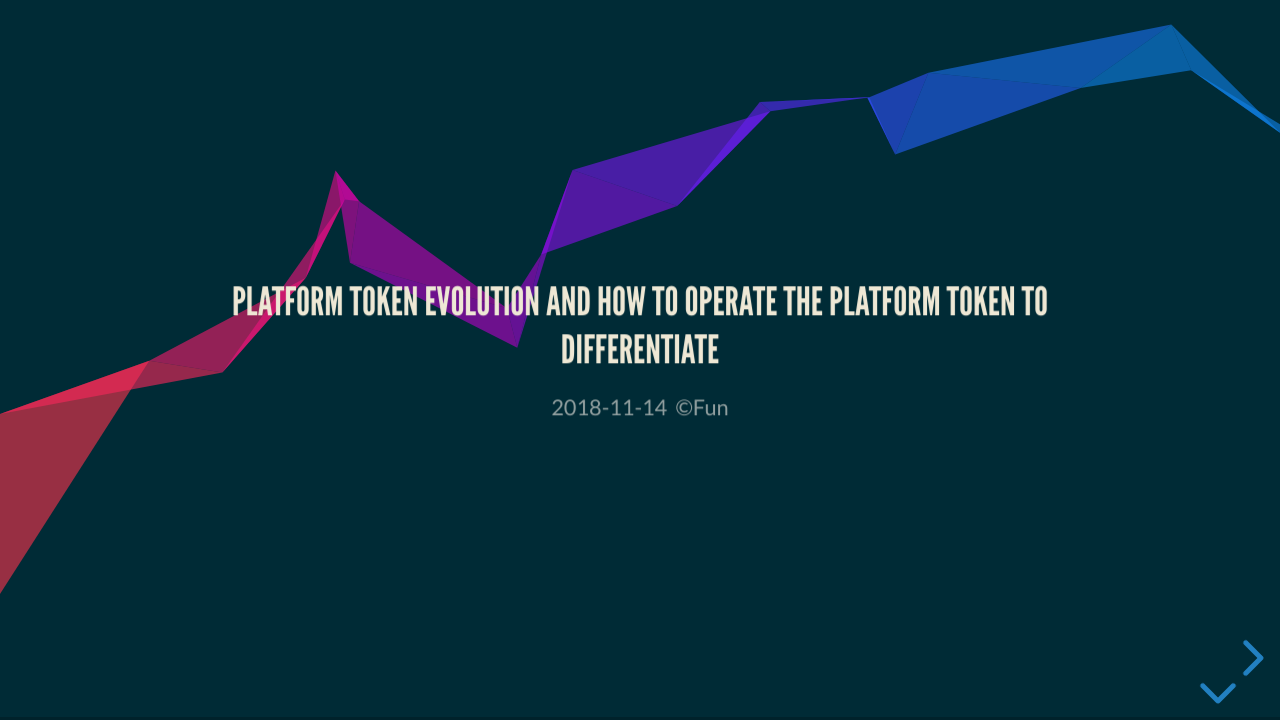
Repository: RickFang666/reveal-ppt
Page: index.html
An editor plug-in stored every save of this project. The page is shown before and after the next save, followed by the edit.
The browser window is 1280 px wide. The pictures show the whole page.

Above is the page before, as saved 2018-11-13 10:51:19.

### index.html
<!DOCTYPE html>
<html>
  <head>
    <meta charset="utf-8" />
    <meta
      name="viewport"
      content="width=device-width, initial-scale=1.0, maximum-scale=1.0, user-scalable=no"
    />

    <title>reveal.js</title>

    <link rel="stylesheet" href="css/reveal.css" />
    <link rel="stylesheet" href="css/theme/moon.css" />

    <!-- Theme used for syntax highlighting of code -->
    <link rel="stylesheet" href="lib/css/zenburn.css" />
    <link rel="stylesheet" href="css/print/paper.css" />
    <link rel="stylesheet" href="css/custom.css" />
    <!-- Printing and PDF exports -->
    <!--
      <script>
      	var link = document.createElement('link');
      	link.rel = 'stylesheet';
      	link.type = 'text/css';
      	link.href = window.location.search.match(/print-pdf/gi) ? 'css/print/pdf.css' : 'css/print/paper.css';
      	document.getElementsByTagName('head')[0].appendChild(link);
      </script>
    -->
    <style>
      canvas {
        position: absolute;
        top: 0;
        left: 0;
        z-index: 1;
        width: 100%;
        height: 100%;
        pointer-events: none;
      }
    </style>
  </head>

  <body>
    <canvas></canvas>
    <div class="reveal">
      <div class="slides">
        <section>
          <section>
            <h6>
              Platform Token evolution and how to operate the Platform Token to
              differentiate
            </h6>
            <p class="fs-22">2018-11-14&nbsp;&nbsp;©Fun</p>
          </section>
          <section><h4>进步始于交流，收获源于分享</h4></section>
          <!--
            <section>
            	<h4>主题：WEB技术分享与交流</h4>
            	<h4>时间：周五16：00 - 17：00</h4>
            </section>
            <section>
            	<h4 class='ta-l'>会议章程</h4>
            	<ol>
            		<li>主讲人分享技术心得等，30分钟左右</li>
            		<li>组员依次提出本周遇到的技术问题，20分钟左右</li>
            		<li>暂定为自由讨论，10分钟左右</li>
            	</ol>
            </section>
          -->
        </section>
        <section>进入主题</section>
        <section data-markdown>
          <script type="text/template">
            <p class='ta-c'>浅谈React16新特性</p>
            * error boundaries
            * portals
            * render方法新增返回类型
            * 支持自定义DOM属性
            * 更好的服务器端渲染
            * 新的打包策略
            <!-- * MIT许可和新的核心架构 -->
          </script>
        </section>
        <section>
          <section data-markdown class="ta-l">
            <script type="text/template">
              <p class='ta-c'>Better Error Handling</p>
              &emsp;&emsp;之前，组件渲染过程中的运行时错误可能会使应用处于故障状态，产生隐蔽的错误消息并需要刷新页面才能恢复。为了解决这个问题，React16 使用更灵活的错误处理策略。默认情况下，如果在组件的渲染或生命周期方法中引发错误，将会从根节点卸载整个组件树。这可以防止显示损坏的数据，但是，这可能不是理想的用户体验。
            </script>
          </section>
          <section data-markdown class="ta-l">
            <script type="text/template">
              部分UI中的JavaScript错误不应该破坏整个应用程序。为了解决这个问题，React16 引入了error boundaries，中文译为"错误边界"的新概念。
            </script>
          </section>
          <section data-markdown class="ta-l">
            <script type="text/template">
              错误边界是一种特殊的React组件，可以在其子组件树中的任何位置捕获JavaScript错误，记录这些错误并显示回退UI，而不是崩溃的组件树。
            </script>
          </section>
          <section data-markdown class="ta-l">
            <script type="text/template">
              <p>React16 新增生命周期：`componentDidCatch`</p>
              如果一个类组件定义了该生命周期方法，它将成为一个错误边界。
            </script>
          </section>
          <section data-markdown class="ta-l">
            <script type="text/template">
              ```
              // 最佳实践
              class ErrorBoundary extends React.Component {
              	state = {
              	  hasError: false
              	};
              	componentDidCatch(error, info) {
              	  this.setState({ hasError: true });
              	}
              	render() {
              	  if (this.state.hasError) {
              		return <h1>Something went wrong.</h1>;
              	  }
              	  return this.props.children;
              	}
              }
              ```
            </script>
          </section>
          <section data-markdown class="ta-l">
            <script type="text/template">
              ```
              // 作为常规组件使用
              <ErrorBoundary>
              	<App />
              </ErrorBoundary>
              ```
            </script>
          </section>
          <section data-markdown class="ta-l">
            <script type="text/template">
              <p class='ta-c'>Portals</p>
              <p>&emsp;&emsp;Portals，中文可以理解为"传送门"，提供了一种一流的方法来将子组件渲染到父组件的 DOM 结构之外的DOM节点中。默认情况下，React组件树和DOM树是完全对应的，对于一些 Modal , Overlay 之类的组件实现，通常是将它们放在顶层，但逻辑上它们可能只是属于某个子组件，这不利于组件的结构组织。</p>
            </script>
          </section>
          <section data-markdown class="ta-l">
            <script type="text/template">
              ```
              ReactDOM.createPortal(child, container)
              ```
            </script>
          </section>
          <section data-markdown class="ta-l">
            <script type="text/template">
              通过使用 `React.createPortal` ，我们可以将组件渲染到我们想要的任意DOM节点中，但它依然存在于React树中。因此，该组件的行为与其它普通组件相似，在portal内部触发的事件也将传播到父组件。对于组件划分来说，这是一个很棒的特性。
            </script>
          </section>
          <section data-markdown class="ta-l">
            <script type="text/template">
              <p class='ta-c'>New render return types</p>
              React16 添加了新的返回类型：fragments and strings
            </script>
          </section>
          <section data-markdown class="ta-l">
            <script type="text/template">
              * fragments
              <br/>
              React16 支持在组件的render方法中返回一组元素。与其它数组一样，需要为每个元素添加一个唯一的key值以避免警告：
              ```
              render() {
              	// No need to wrap list items in an extra element!
              	return [
              	  // Don't forget the keys
              	  <li key="A">First item</li>,
              	  <li key="B">Second item</li>,
              	  <li key="C">Third item</li>,
              	];
              }
              ```
            </script>
          </section>
          <section data-markdown class="ta-l">
            <script type="text/template">
              从React16.2.0 开始，进一步提高对 JSX特殊片段语法的支持。
              ```
              render() {
              	return (
              	  <>
              		<ChildA />
              		<ChildB />
              		<ChildC />
              	  </>
              	);
              }
              ```
            </script>
          </section>
          <section data-markdown class="ta-l">
            <script type="text/template">
              * string
              <br/>
              React16 支持在组件的render方法中返回字符串：
              ```
              render() {
              	return 'Look ma, no spans!';
              }
              ```
            </script>
          </section>
          <section data-markdown class="ta-l">
            <script type="text/template">
              <p class='ta-l'>所有支持的完整返回类型列表：</p>

              * react elements (jsx)
              * string
              * numbers
              * booleans
              * null
              * fragments
              * portals
            </script>
          </section>
          <section data-markdown class="ta-l">
            <script type="text/template">
              <p class='ta-c'>Support for custom DOM attributes</p>
              &emsp;&emsp;在之前的版本中，React会忽略无法识别的HTML和SVG属性，如果您使用React无法识别的属性编写JSX，则React将跳过它。
            </script>
          </section>
          <section data-markdown class="ta-l">
            <script type="text/template">
              ```
              // Your code:
              <div mycustomattribute="something" />
              ```
              ```
              // React 15 output:
              <div />
              ```
              ```
              // React 16 output:
              <div mycustomattribute="something" />
              ```
            </script>
          </section>
          <section data-markdown class="ta-l">
            <script type="text/template">
              现在，React16 不再忽略无法识别的HTML和SVG属性，而将它们直接传递给DOM。这个改动让React去掉了大部分的属性白名单，从而减小了文件大小。
            </script>
          </section>
          <!--
            <section data-markdown class='ta-l'>
            	<script type='text/template'>
            		<p>注意，您仍然应该使用规范的React命名来获取已知属性。</p>
            	</script>
            </section>
          -->
          <section data-markdown class="ta-l">
            <script type="text/template">
              <p class='ta-c'>Better server-side rendering</p>
              &emsp;&emsp;React16 包含一个完全重写的SSR。新的实现非常快，接近3倍性能于React15 ，现在提供一种流模式streaming，可以更快地把渲染的字节发送到客户端。
            </script>
          </section>
          <section data-markdown class="ta-l">
            <script type="text/template">
              另外，React16 在hydrating ( 注：指客户端基于服务器返回的HTML再次重新渲染）方面表现的更好，它不再要求初始渲染与服务器的结果完全匹配。相反，它会尝试尽可能多地重用现有的DOM。没有更多的校验和！一般来说，不建议在服务器和客户端渲染不同的内容，但在某些情况下（如时间戳）可能会有用。
            </script>
          </section>
          <section data-markdown class="ta-l">
            <script type="text/template">
              <p class='ta-c'>Reduced file size</p>
              &emsp;&emsp;React16 的体积比上个版本减小了32%
              * react is 5.3 kb (2.2 kb gzipped), down from 20.7 kb (6.9 kb gzipped).
              * react-dom is 103.7 kb (32.6 kb gzipped), down from 141 kb (42.9 kb gzipped).
              * react + react-dom is 109 kb (34.8 kb gzipped), down from 161.7 kb (49.8 kb gzipped).
            </script>
          </section>
          <section data-markdown class="ta-l">
            <script type="text/template">
              React体积的减小由于使用了新的打包策略，现在去掉了process.env检查，并且使用Rollup作为打包工具。
            </script>
          </section>
          <!--
            <section data-markdown>
            	<script type='text/template'>
            		<p class='ta-c'>Fiber</p>
            		<p class='ta-l'>&emsp;&emsp;React 16采用了新的核心架构 " Fiber " ,Facebook官方声称：Fiber是对核心算法的一次重新实现，我们改写了React。</p>
            	</script>
            </section>
          -->
        </section>
        <section>
          <section data-markdown>
            <script type="text/template">
              <p class='ta-c'>扩展</p>
              * 组件生命周期变更
              * createRef API
              * forwardRef API
              * Official Context API
              * StrictMode Component
            </script>
          </section>
        </section>
        <section>
          <section data-markdown>
            <script type="text/template">
              <p class='ta-c'>组件生命周期变更</p>
              <p class='ta-c'>未来的React版本将启用异步渲染更新</p>
            </script>
          </section>
          <section data-markdown>
            <script type="text/template">
              <p class='ta-l'>* 16.3：添加3个UNSAFE前缀的生命周期</p>
              ```
              UNSAFE_componentWillMount(){}

              UNSAFE_componentWillReceiveProps(nextProps){}

              UNSAFE_componentWillUpdate(nextProps,nextState){}
              ```
            </script>
          </section>
          <section data-markdown>
            <script type="text/template">
              <p class='ta-l'>* 未来的16.x版本：将对以下生命周期启用弃用警告</p>
              ```
              componentWillMount(){}

              componentWillReceiveProps(nextProps){}

              componentWillUpdate(nextProps,nextState){}
              ```
            </script>
          </section>
          <section data-markdown>
            <script type="text/template">
              <p class='ta-l'>* 17.0：删除以下生命周期</p>
              ```
              componentWillMount(){}

              componentWillReceiveProps(nextProps){}

              componentWillUpdate(nextProps,nextState){}
              ```
            </script>
          </section>
          <section data-markdown>
            <script type="text/template">
              * 新增生命周期：static getDerivedStateFromProps
              ```
              class Example extends React.Component {
              	static getDerivedStateFromProps(nextProps, prevState) {
              	  // ...
              	}
              }
              ```
            </script>
          </section>
          <section data-markdown>
            <script type="text/template">
              <p class='ta-l'>&emsp;&emsp;The new static getDerivedStateFromProps lifecycle is invoked after a component is instantiated as well as when it receives new props. It can return an object to update state, or null to indicate that the new props do not require any state updates.</p>
            </script>
          </section>
          <section data-markdown>
            <script type="text/template">
              <p class='ta-l'>&emsp;&emsp;Together with componentDidUpdate, this new lifecycle should cover all use cases for the legacy componentWillReceiveProps.</p>
            </script>
          </section>
          <section data-markdown>
            <script type="text/template">
              * 新增生命周期： getSnapshotBeforeUpdate
              ```
              class Example extends React.Component {
              	getSnapshotBeforeUpdate(prevProps, prevState) {
              	  // ...
              	}
              }
              ```
            </script>
          </section>
          <section data-markdown>
            <script type="text/template">
              <p class='ta-l'>&emsp;&emsp;The new getSnapshotBeforeUpdate lifecycle is called right before mutations are made (e.g. before the DOM is updated). The return value for this lifecycle will be passed as the third parameter to componentDidUpdate. (This lifecycle isn’t often needed, but can be useful in cases like manually preserving scroll position during rerenders.)</p>
            </script>
          </section>
          <section data-markdown>
            <script type="text/template">
              <p class='ta-l'>&emsp;&emsp;Together with componentDidUpdate, this new lifecycle should cover all use cases for the legacy componentWillUpdate.</p>
            </script>
          </section>
          <section data-markdown>
            <script type="text/template">
              <p class='ta-c'>createRef API</p>
              <p class='ta-l'>&emsp;&emsp;Previously, React provided two ways of managing refs: the legacy string ref API and the callback API. Although the string ref API was the more convenient of the two, it had several downsides and so our official recommendation was to use the callback form instead.</p>
            </script>
          </section>
          <section data-markdown>
            <script type="text/template">
              <p class='ta-l'>&emsp;&emsp;Version 16.3 adds a new option for managing refs that offers the convenience of a string ref without any of the downsides:</p>
            </script>
          </section>
          <section data-markdown>
            <script type="text/template">
              ```
              class MyComponent extends React.Component {
              	constructor(props) {
              	  super(props);

              	  this.inputRef = React.createRef();
              	}

              	render() {
              	  return <input type="text" ref={this.inputRef} />;
              	}

              	componentDidMount() {
              	  this.inputRef.current.focus();
              	}
              }
              ```
            </script>
          </section>
          <section data-markdown>
            <script type="text/template">
              <p class='ta-c'>forwardRef API</p>
              <p class='ta-l'>&emsp;&emsp;Generally, React components are declarative, but sometimes imperative access to the component instances and the underlying DOM nodes is necessary. This is common for use cases like managing focus, selection, or animations. React provides refs as a way to solve this problem. However, component encapsulation poses some challenges with refs.</p>
            </script>
          </section>
          <section data-markdown>
            <script type="text/template">
              <p class='ta-l'>&emsp;&emsp;For example, if you replace a `<button>` with a custom `<FancyButton>` component, the ref attribute on it will start pointing at the wrapper component instead of the DOM node (and would be null for functional components). While this is desirable for “application-level” components like FeedStory or Comment that need to be encapsulated, it can be annoying for “leaf” components such as FancyButton or MyTextInput that are typically used like their DOM counterparts, and might need to expose their DOM nodes.</p>
            </script>
          </section>
          <section data-markdown>
            <script type="text/template">
              <p class='ta-l'>&emsp;&emsp;Ref forwarding is a new opt-in feature that lets some components take a ref they receive, and pass it further down (in other words, “forward” it) to a child. In the example below, FancyButton forwards its ref to a DOM button that it renders:</p>
            </script>
          </section>
          <section data-markdown>
            <script type="text/template">
              ```
              const FancyButton = React.forwardRef((props, ref) => (
              	<button ref={ref} className="FancyButton">
              	  {props.children}
              	</button>
              ));

              // You can now get a ref directly to the DOM button:
              const ref = React.createRef();
              <FancyButton ref={ref}>Click me!</FancyButton>;
              ```
            </script>
          </section>
          <section data-markdown>
            <script type="text/template">
              <p class='ta-l'>&emsp;&emsp;This way, components using FancyButton can get a ref to the underlying button DOM node and access it if necessary—just like if they used a DOM button directly.Ref forwarding is not limited to “leaf” components that render DOM nodes. If you write higher order components, we recommend using ref forwarding to automatically pass the ref down to the wrapped class component instances.</p>
            </script>
          </section>
          <section data-markdown>
            <script type="text/template">
              <p class='ta-c'>Official Context API</p>
              <p class='ta-l'>&emsp;&emsp;For many years, React has offered an experimental API for context. Although it was a powerful tool, its use was discouraged because of inherent problems in the API, and because we always intended to replace the experimental API with a better one.</p>
            </script>
          </section>
          <section data-markdown>
            <script type="text/template">
              <p class='ta-l'>&emsp;&emsp;Version 16.3 introduces a new context API that is more efficient and supports both static type checking and deep updates.Here is an example illustrating how you might inject a “theme” using the new context API:</p>
            </script>
          </section>
          <section data-markdown>
            <script type="text/template">
              ```
              const ThemeContext = React.createContext('light');

              class ThemeProvider extends React.Component {
                state = { theme: 'light' };
                render() {
              	return (
              	  <ThemeContext.Provider value={this.state.theme}>
              		{this.props.children}
              	  </ThemeContext.Provider>
              	);
                }
              }

              class ThemedButton extends React.Component {
                render() {
              	return (
              	  <ThemeContext.Consumer>
              		{theme => <Button theme={theme} />}
              	  </ThemeContext.Consumer>
              	);
                }
              }
              ```
            </script>
          </section>
          <section data-markdown>
            <script type="text/template">
              <p class='ta-c'>StrictMode Component</p>
              <p class='ta-l'>&emsp;&emsp;StrictMode is a tool for highlighting potential problems in an application. Like Fragment, StrictMode does not render any visible UI. It activates additional checks and warnings for its descendants.</p>
            </script>
          </section>
          <section data-markdown>
            <script type="text/template">
              <p class='ta-l'>&emsp;&emsp;Although it is not possible for strict mode to catch all problems (e.g. certain types of mutation), it can help with many. If you see warnings in strict mode, those things will likely cause bugs for async rendering.</p>
            </script>
          </section>
          <section data-markdown>
            <script type="text/template">
              <p class='ta-l'>In version 16.3, StrictMode helps with:</p>
              * Identifying components with unsafe lifecycles
              * Warning about legacy string ref API usage
              * Detecting unexpected side effects
            </script>
          </section>
          <section data-markdown>
            <script type="text/template">
              <p class='ta-l'>StrictMode checks are run in development mode only; they do not impact the production build.</p>
            </script>
          </section>
        </section>
        <section><h2>Thank you !</h2></section>
      </div>
    </div>
    <script>
      document.addEventListener('touchmove', function(e) {
        e.preventDefault()
      })
      var c = document.getElementsByTagName('canvas')[0],
        x = c.getContext('2d'),
        pr = window.devicePixelRatio || 1,
        w = window.innerWidth,
        h = window.innerHeight,
        f = 90,
        q,
        m = Math,
        r = 0,
        u = m.PI * 2,
        v = m.cos,
        z = m.random
      c.width = w * pr
      c.height = h * pr
      x.scale(pr, pr)
      x.globalAlpha = 0.6
      function i() {
        x.clearRect(0, 0, w, h)
        q = [{ x: 0, y: h * 0.7 + f }, { x: 0, y: h * 0.7 - f }]
        while (q[1].x < w + f) d(q[0], q[1])
      }
      function d(i, j) {
        x.beginPath()
        x.moveTo(i.x, i.y)
        x.lineTo(j.x, j.y)
        var k = j.x + (z() * 2 - 0.25) * f,
          n = y(j.y)
        x.lineTo(k, n)
        x.closePath()
        r -= u / -50
        x.fillStyle =
          '#' +
          (
            ((v(r) * 127 + 128) << 16) |
            ((v(r + u / 3) * 127 + 128) << 8) |
            (v(r + (u / 3) * 2) * 127 + 128)
          ).toString(16)
        x.fill()
        q[0] = q[1]
        q[1] = { x: k, y: n }
      }
      function y(p) {
        var t = p + (z() * 2 - 1.1) * f
        return t > h || t < 0 ? y(p) : t
      }
      document.onclick = i
      document.ontouchstart = i
      document.onkeydown = i
      i()
    </script>
    <script src="lib/js/head.min.js"></script>
    <script src="js/reveal.js"></script>

    <script>
      // More info about config & dependencies:
      // - https://github.com/hakimel/reveal.js#configuration
      // - https://github.com/hakimel/reveal.js#dependencies
      Reveal.initialize({
        dependencies: [
          { src: 'plugin/markdown/marked.js' },
          { src: 'plugin/markdown/markdown.js' },
          { src: 'plugin/notes/notes.js', async: true },
          {
            src: 'plugin/highlight/highlight.js',
            async: true,
            callback: function() {
              hljs.initHighlightingOnLoad()
            }
          }
        ]
      })
    </script>
  </body>
</html>

### css/custom.css
.fs-22{
    font-size:22px!important;
}

.ta-l{
    text-align: left;
}

.ta-c{
    text-align: center;
}

.fr{
    float: right;
}

Loaded but not shown: lib/css/zenburn.css (common file); lib/js/head.min.js (library); js/reveal.js (library); lib/font/league-gothic/league-gothic.css (common file); plugin/markdown/marked.js (library); plugin/markdown/markdown.js (library); plugin/notes/notes.js (library); plugin/highlight/highlight.js (library); css/reveal.css (1555 lines, source omitted); css/theme/moon.css (268 lines, source omitted); css/theme/night.css (262 lines, source omitted); css/print/paper.css (203 lines, source omitted)

After the next save:
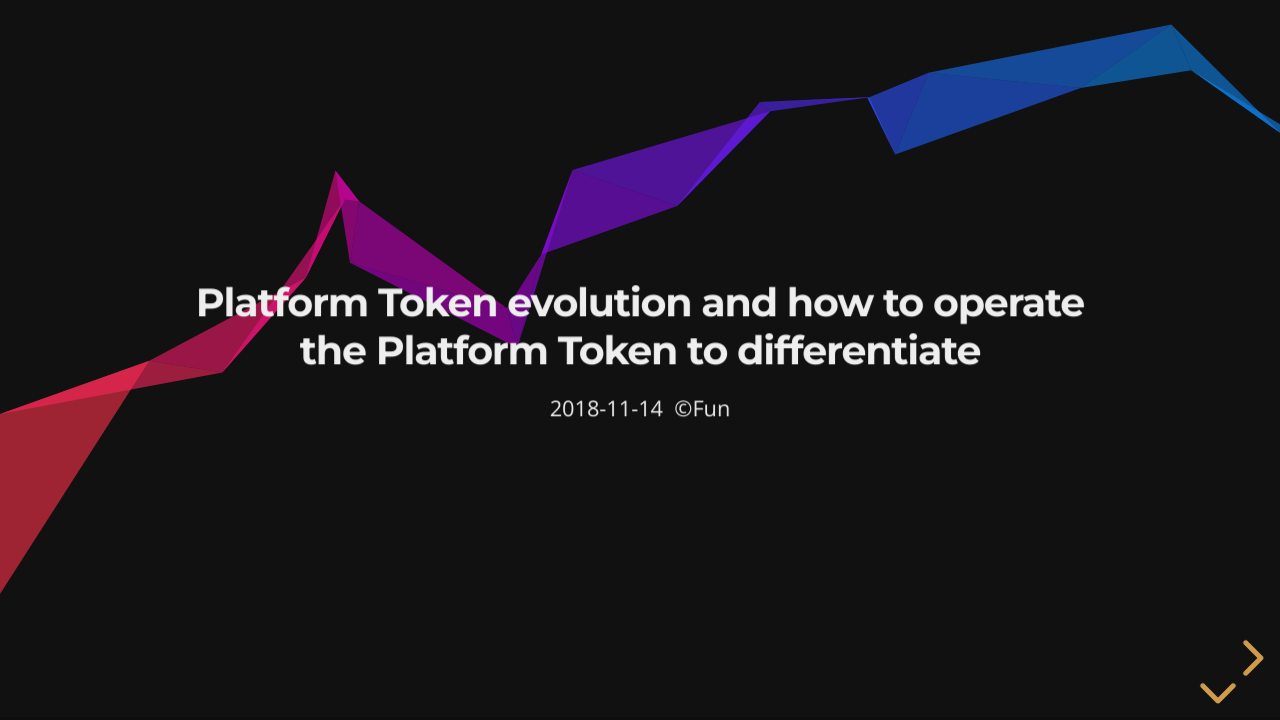
Saved 27 s later.
--- a/index.html
+++ b/index.html
@@ -10,7 +10,7 @@
     <title>reveal.js</title>
 
     <link rel="stylesheet" href="css/reveal.css" />
-    <link rel="stylesheet" href="css/theme/moon.css" />
+    <link rel="stylesheet" href="css/theme/night.css" />
 
     <!-- Theme used for syntax highlighting of code -->
     <link rel="stylesheet" href="lib/css/zenburn.css" />
